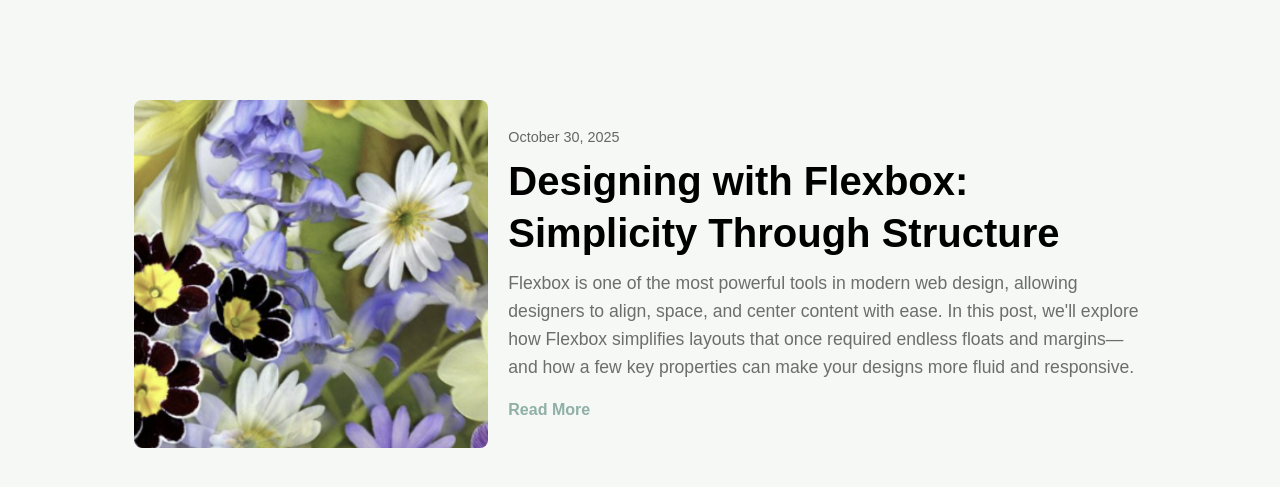
Repository: Brittany-Westlund/WebDesign
Page: Assignment4/flexbox.html
An editor plug-in stored every save of this project. The page is shown before and after the next save, followed by the edit.
The browser window is 1280 px wide. The pictures show the whole page.

Above is the page before, as saved 2025-10-30 18:03:40.

### Assignment4/flexbox.html
<!DOCTYPE html>
<html lang="en">
<head>
    <meta charset="UTF-8">
    <title>Flexbox Layout</title>
    <link rel="stylesheet" href="style/style.css">
</head>

<body>

<div class="blog-preview">

    <img src="images/wildflowers-square.png" alt="A closeup of wildflowers.">

    <div class="blog-text">
        <p class="date">October 30, 2025</p>

        <h2 class="post-title">Designing with Flexbox: Simplicity Through Structure</h2>

        <p class="post-preview">
        Flexbox is one of the most powerful tools in modern web design, allowing designers to align, space, and center content
        with ease. In this post, we'll explore how Flexbox simplifies layouts that once required endless floats and margins—and
        how a few key properties can make your designs more fluid and responsive.
        </p>

        <a href="blog-post.html" class="read-more">Read More</a>
    </div>
</div>










</body>
</html>

### Assignment4/style/style.css
body {
  background-color: #f5f8f4; /* a light sage-green tone */
}

.blog-preview {
  display: flex; /* activates Flexbox */
  flex-direction: row; /* aligns items in a row (default, but explicit is good) */
  align-items: center; /* vertically centers items within the row */
  gap: 20px; /* adds space between items */

  max-width: 80%; /* controls total width of the content block */
  margin: 80px auto; /* centers on page with top/bottom space */
  padding: 20px 40px; /* adds subtle inner space from edges */
}

.blog-preview img {
  width: 35%;      /* image takes up 45% of the total width of .blog-preview */
  height: auto;    /* keeps proportions correct */
  border-radius: 8px; /* optional, softens corners */
}


.blog-text {
  display: flex;
  flex-direction: column; /* stacks each text element vertically */
  gap: 10px; /* adds consistent space between elements */
}


.date {
  font-family: Arial, Helvetica, sans-serif;
  font-size: 0.9rem;
  color: #666;
  margin: 0;
}

.post-title {
  font-family: Arial, Helvetica, sans-serif;
  font-size: 2.5rem;
  font-weight: 600;
  line-height: 1.3;
  margin: 0;
}

.post-preview {
  font-family: Arial, Helvetica, sans-serif;
  font-size: 1.1rem;
  color: #6d6d6d;
  line-height: 1.6;
  margin: 0;
}

.read-more {
  font-family: Arial, Helvetica, sans-serif;
  text-decoration: none;
  font-weight: bold;
  color: #8fafa7;
  margin-top: 10px;
}

After the next save:
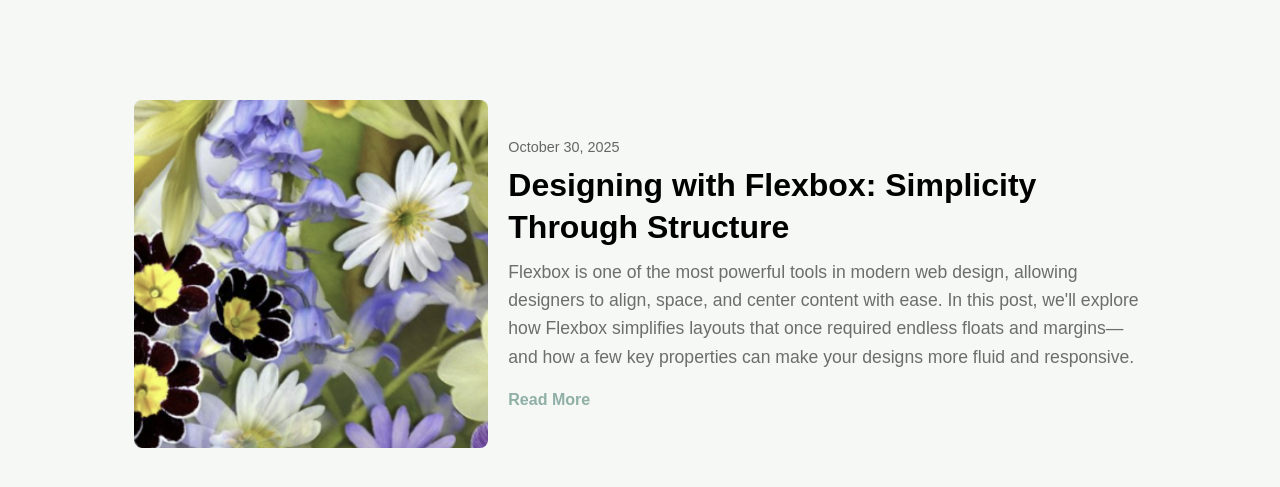
Saved 32 s later.
--- a/Assignment4/style/style.css
+++ b/Assignment4/style/style.css
@@ -36,7 +36,7 @@ body {
 
 .post-title {
   font-family: Arial, Helvetica, sans-serif;
-  font-size: 2.5rem;
+  font-size: 2rem;
   font-weight: 600;
   line-height: 1.3;
   margin: 0;
